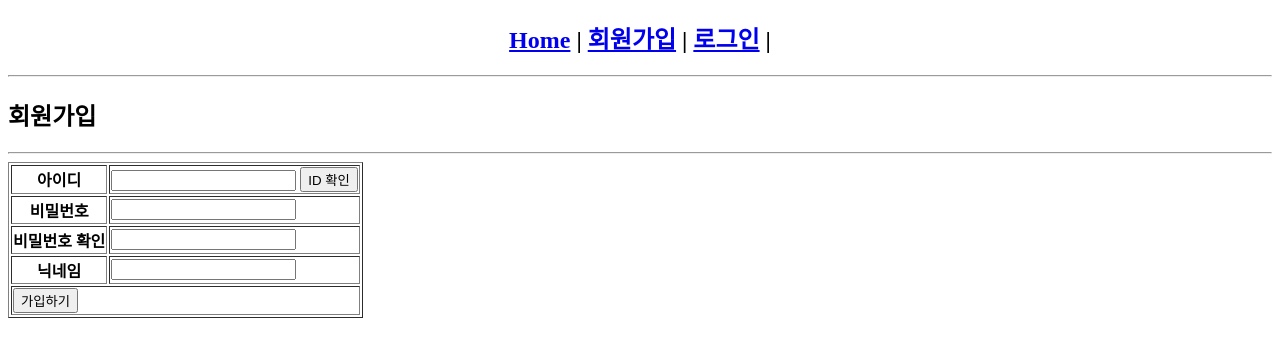
Repository: siucrystal/siuproject
Page: http://localhost/mini_project/join.jsp
These files come from the project's save history. The page is drawn as it stood at one moment and after the next save; the edit follows.
The browser window is 1280 px wide. The pictures show the whole page.
The page is served by Tomcat 9.

Above is the page before, as saved 2023-09-22 03:46:37.

After the next save:
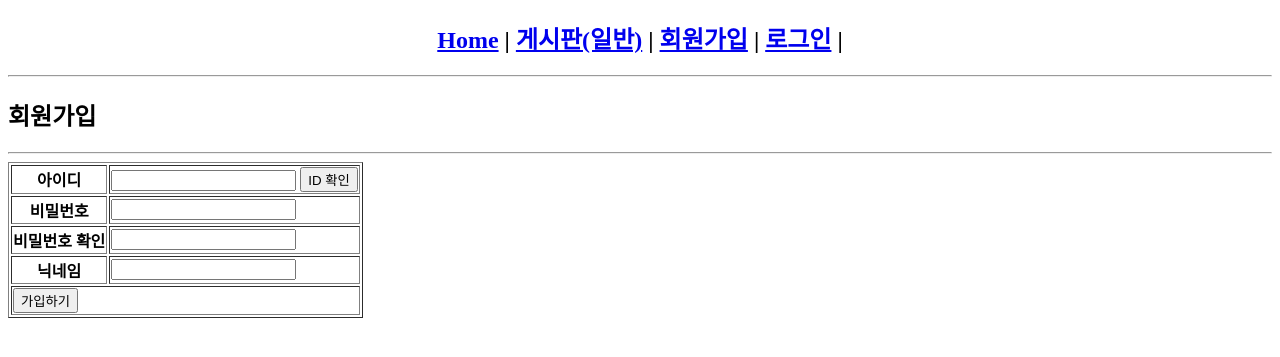
Saved 16 s later.
--- a/jspws/mini_project/src/main/webapp/loginmenu.jsp
+++ b/jspws/mini_project/src/main/webapp/loginmenu.jsp
@@ -13,6 +13,7 @@
 </script>
 <h2 id="service">
 <a href="index.do">Home</a> |
+<a href="board.do">게시판(일반)</a> |
 
 <% if (session.getAttribute("id") == null) { %>
 	<a href="joinJson.do" class ="menu">회원가입</a> |
